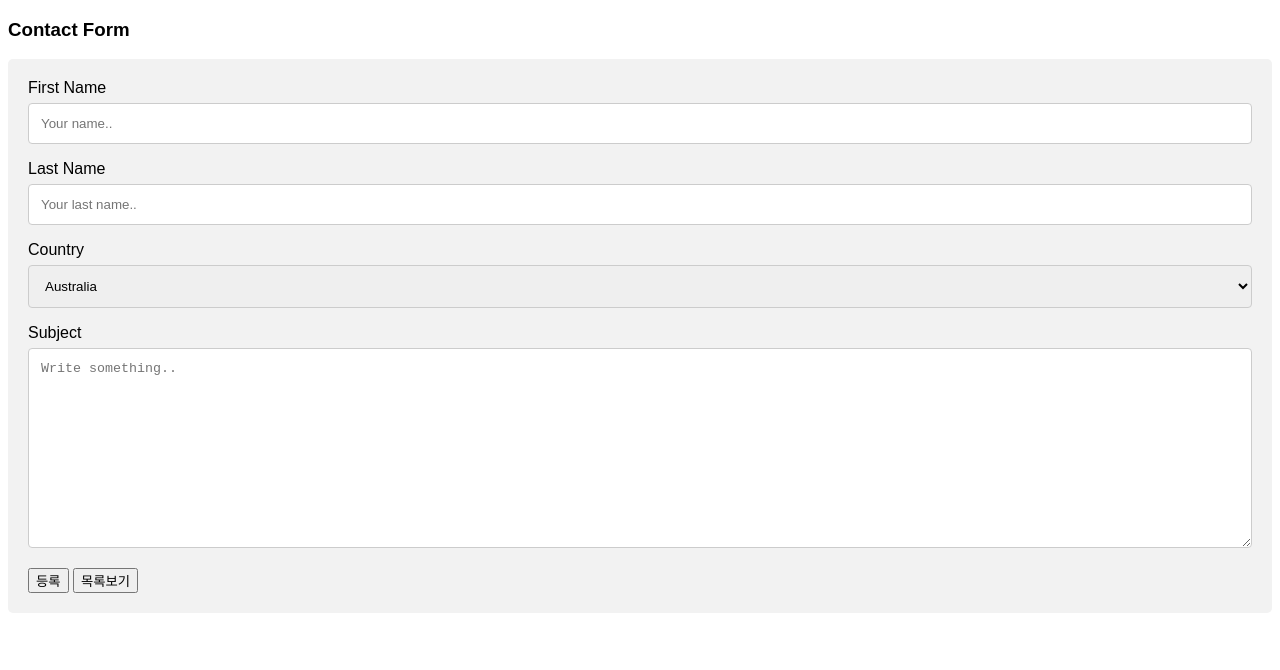
Repository: SyngyeonTak/javaee_workspace
Page: http://localhost/MySite/board/regist_form.jsp
These files come from the project's save history. The page is drawn as it stood at one moment and after the next save; the edit follows.
The browser window is 1280 px wide. The pictures show the whole page.
The page is served by Tomcat 9. Other server files are loaded and not shown.

Above is the page before, as saved 2020-12-11 01:30:28.

### MySite/WebContent/board/regist_form.jsp
<%@ page contentType="text/html;charset=utf-8"%>
<!DOCTYPE html>
<html>
<head>
<meta name="viewport" content="width=device-width, initial-scale=1">
<style>
body {font-family: Arial, Helvetica, sans-serif;}
* {box-sizing: border-box;}

input[type=text], select, textarea {
  width: 100%;
  padding: 12px;
  border: 1px solid #ccc;
  border-radius: 4px;
  box-sizing: border-box;
  margin-top: 6px;
  margin-bottom: 16px;
  resize: vertical;
}

input[type=submit] {
  background-color: #4CAF50;
  color: white;
  padding: 12px 20px;
  border: none;
  border-radius: 4px;
  cursor: pointer;
}

input[type=submit]:hover {
  background-color: #45a049;
}

.container {
  border-radius: 5px;
  background-color: #f2f2f2;
  padding: 20px;
}
</style>
</head>
<body>

<h3>Contact Form</h3>

<div class="container">
  <form action="/action_page.php">
    <label for="fname">First Name</label>
    <input type="text" id="fname" name="firstname" placeholder="Your name..">

    <label for="lname">Last Name</label>
    <input type="text" id="lname" name="lastname" placeholder="Your last name..">

    <label for="country">Country</label>
    <select id="country" name="country">
      <option value="australia">Australia</option>
      <option value="canada">Canada</option>
      <option value="usa">USA</option>
    </select>

    <label for="subject">Subject</label>
    <textarea id="subject" name="subject" placeholder="Write something.." style="height:200px"></textarea>

    <input type="button" value="등록">
    <input type="button" value="목록보기">
  </form>
</div>

</body>
</html>

After the next save:
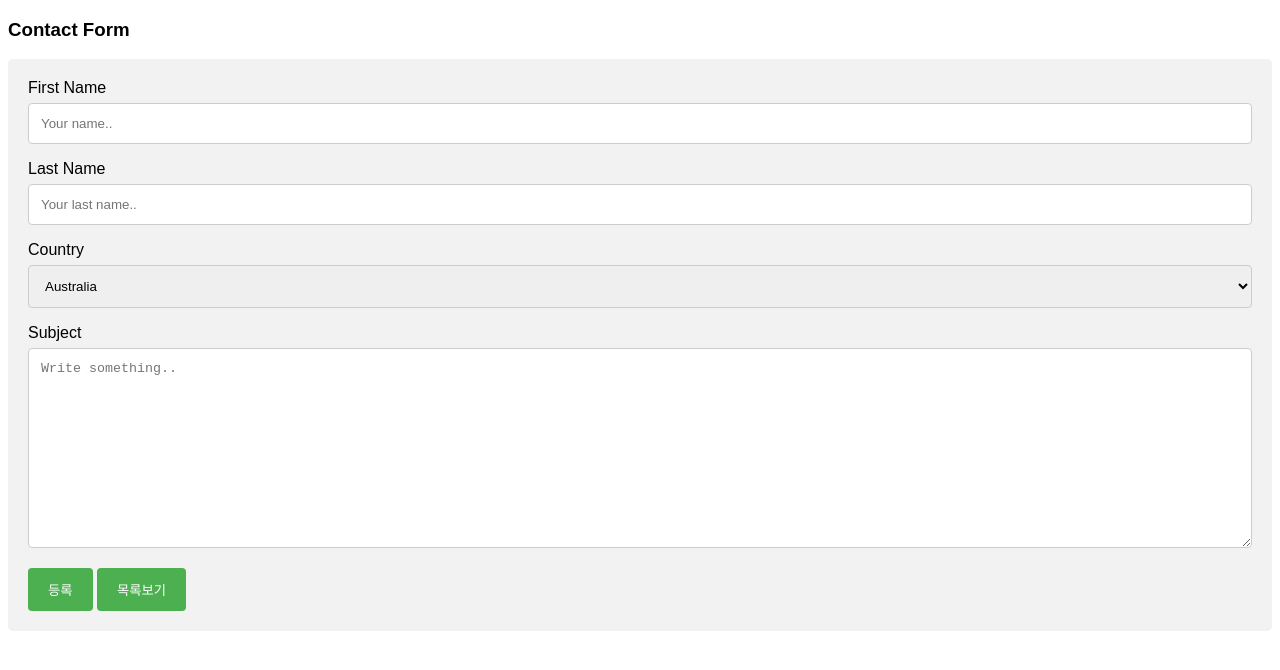
Saved 37 s later.
--- a/MySite/WebContent/board/regist_form.jsp
+++ b/MySite/WebContent/board/regist_form.jsp
@@ -18,7 +18,7 @@ input[type=text], select, textarea {
   resize: vertical;
 }
 
-input[type=submit] {
+input[type=button] {
   background-color: #4CAF50;
   color: white;
   padding: 12px 20px;
@@ -27,7 +27,7 @@ input[type=submit] {
   cursor: pointer;
 }
 
-input[type=submit]:hover {
+input[type=button]:hover {
   background-color: #45a049;
 }
 
